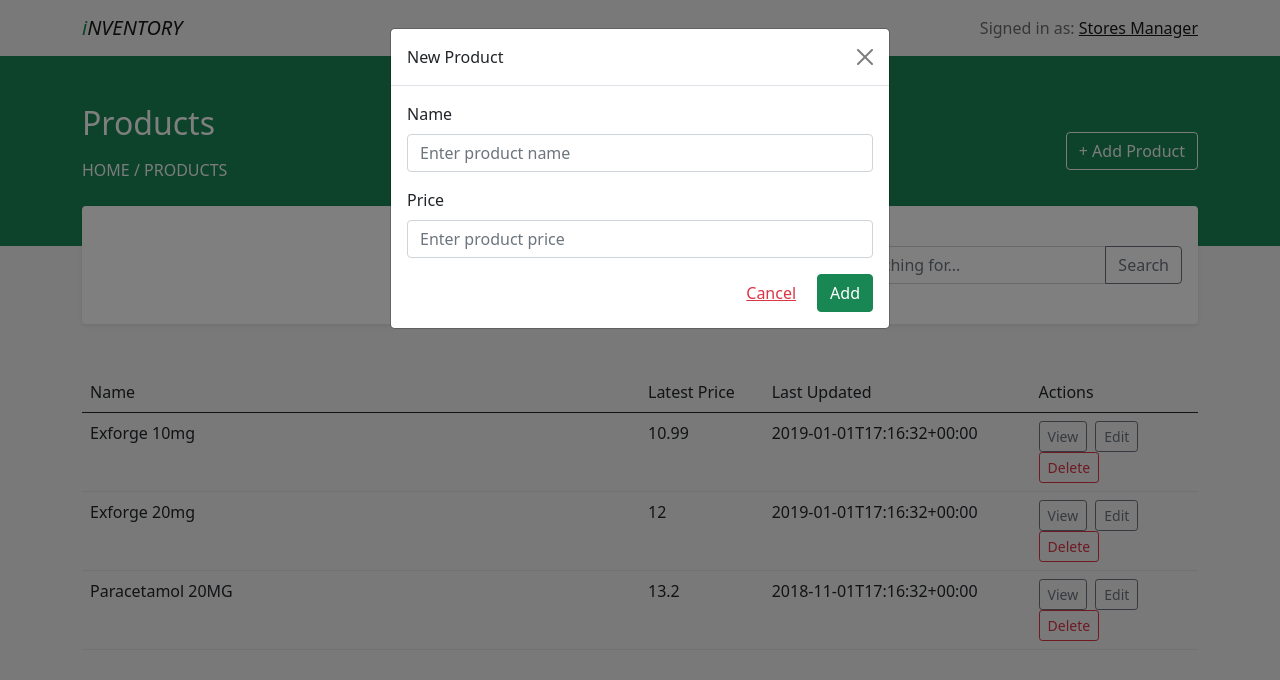
Repository: tHEO2k17/inventory-manager
Page: /, after clicking the first element matching `button.float-end`
These files come from the project's save history. The page is drawn as it stood at one moment and after the next save; the edit follows.
The browser window is 1280 px wide. The pictures show the whole page.
The project was rebuilt for these pictures with package versions that can differ from the ones it lists, and the page was loaded fresh each time.

Above is the page before, as saved 2021-08-31 09:45:34.

After the next save:
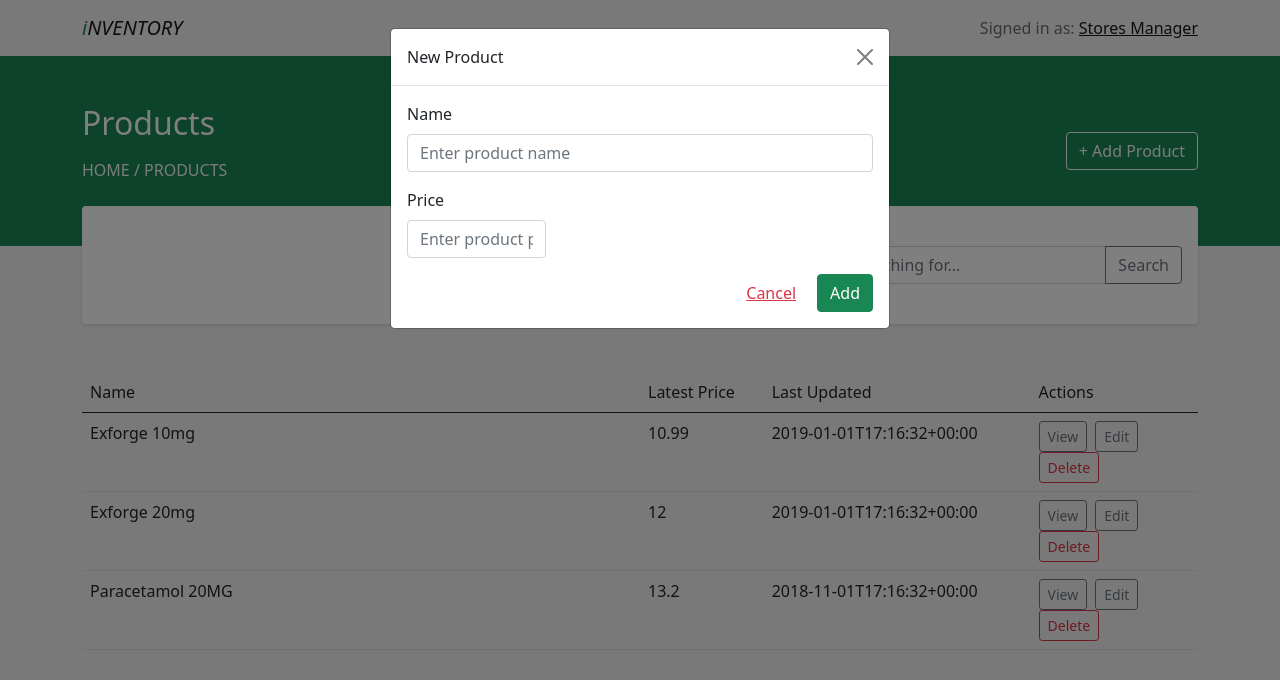
Saved 2 min 3 s later.
--- a/src/presentation/components/ProductForm.tsx
+++ b/src/presentation/components/ProductForm.tsx
@@ -1,5 +1,5 @@
 import { Component } from "react";
-import { Button, Form } from "react-bootstrap";
+import { Button, Form, Row, Col } from "react-bootstrap";
 
 export default class ProductForm extends Component {
     // constructor(props: any) {
@@ -14,10 +14,13 @@ export default class ProductForm extends Component {
                     <Form.Control type="text" placeholder="Enter product name" />
                 </Form.Group>
 
-                <Form.Group className="mb-3">
-                    <Form.Label>Price</Form.Label>
-                    <Form.Control type="text" placeholder="Enter product price" />
-                </Form.Group>
+                <Row>
+                    <Form.Group as={Col} md="4" className="mb-3">
+                        <Form.Label>Price</Form.Label>
+                        <Form.Control type="text" placeholder="Enter product price" />
+                    </Form.Group>
+                </Row>
+
 
                 <Form.Group className="text-right float-end">
                     <Button variant="link" className="me-2 text-danger">Cancel</Button>
